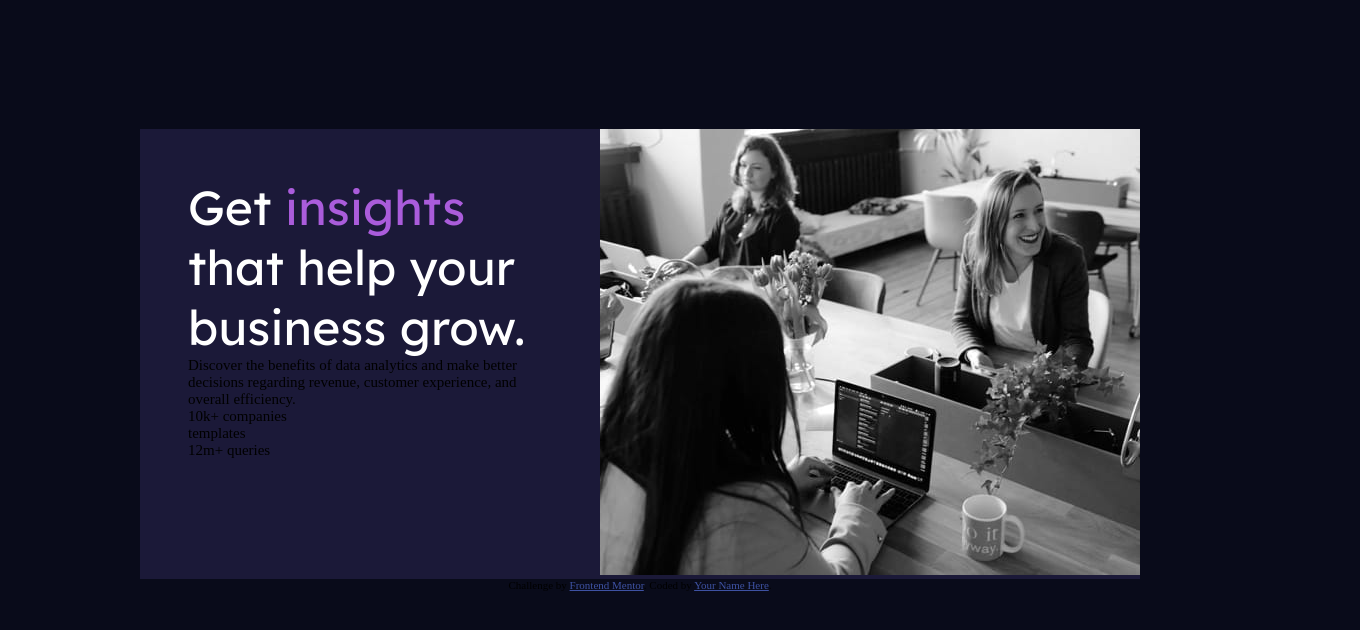
Repository: PratypartyY2K/frontendmentor-challenges
Page: stats-preview-card-component-main/index.html
These files come from the project's save history. The page is drawn as it stood at one moment and after the next save; the edit follows.
The browser window is 1280 px wide. The page is 1280 px wide, then 1360 px, so the pictures cover 1360 px, including what lies to the right of the window. The pictures show the whole page.

Above is the page before, as saved 2021-07-14 00:25:53.

### stats-preview-card-component-main/index.html
<!DOCTYPE html>
<html lang="en">

<head>
  <meta charset="UTF-8">
  <meta name="viewport" content="width=device-width, initial-scale=1.0">
  <!-- displays site properly based on user's device -->

  <link rel="icon" type="image/png" sizes="32x32" href="./images/favicon-32x32.png">

  <link rel="stylesheet" href="style.css">

  <!--font families-->
  <link rel="preconnect" href="https://fonts.googleapis.com">
  <link rel="preconnect" href="https://fonts.gstatic.com" crossorigin>
  <link href="https://fonts.googleapis.com/css2?family=Inter:wght@400;700&display=swap" rel="stylesheet">
  <link href="https://fonts.googleapis.com/css2?family=Inter:wght@400;700&family=Lexend+Deca&display=swap"
    rel="stylesheet">

  <title>Frontend Mentor | Stats preview card component</title>

</head>

<body>
  <div class="card-wrapper">
    <div class="card">
      <div class="heading">
        Get <span class="active">insights</span> that help your business grow.
      </div>
      <div class="card-content">
        Discover the benefits of data analytics and make better decisions regarding revenue, customer
        experience, and overall efficiency.
      </div>
      <div class="stats">
        <div>
          10k+ companies
        </div>
        <div> templates</div>
        <div>12m+ queries</div>
      </div>
    </div>
    <div class="img-container">
      <img src="images/image-header-desktop.jpg">
    </div>
  </div>




  <div class="attribution">
    Challenge by <a href="https://www.frontendmentor.io?ref=challenge" target="_blank">Frontend Mentor</a>.
    Coded by <a href="#">Your Name Here</a>.
  </div>
</body>

</html>

### stats-preview-card-component-main/style.css
* {
    box-sizing: border-box;
}

body {
    background-color: hsl(233, 47%, 7%);
    margin: 0;
    font-size: 15px;
    display: flex;
    flex-direction: column;
    justify-content: center;
    align-items: center;
    min-height: 100vh;
}

.card-wrapper {
    background-color: hsl(244, 38%, 16%);
    display: flex;
    justify-content: center;
    width: 1000px;
}

.card {
    padding: 3rem;
}

.heading {
    font-family: 'Lexend Deca', sans-serif;
    font-size: 3rem;
    color: hsl(0, 0%, 100%);
}

.heading .active {
    color: hsl(277, 64%, 61%);
}



.attribution { font-size: 11px; text-align: center; }
.attribution a { color: hsl(228, 45%, 44%); }

After the next save:
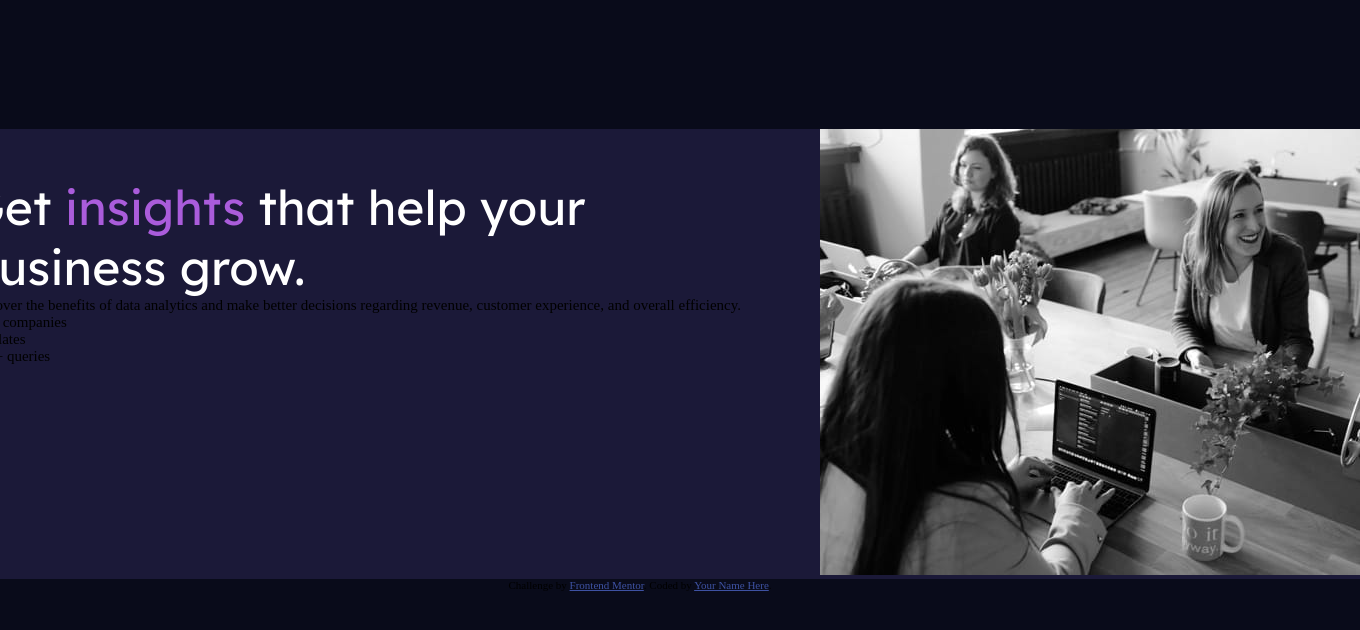
Saved 26 s later.
--- a/stats-preview-card-component-main/style.css
+++ b/stats-preview-card-component-main/style.css
@@ -17,7 +17,7 @@ body {
     background-color: hsl(244, 38%, 16%);
     display: flex;
     justify-content: center;
-    width: 1000px;
+    width: 1440px;
 }
 
 .card {
